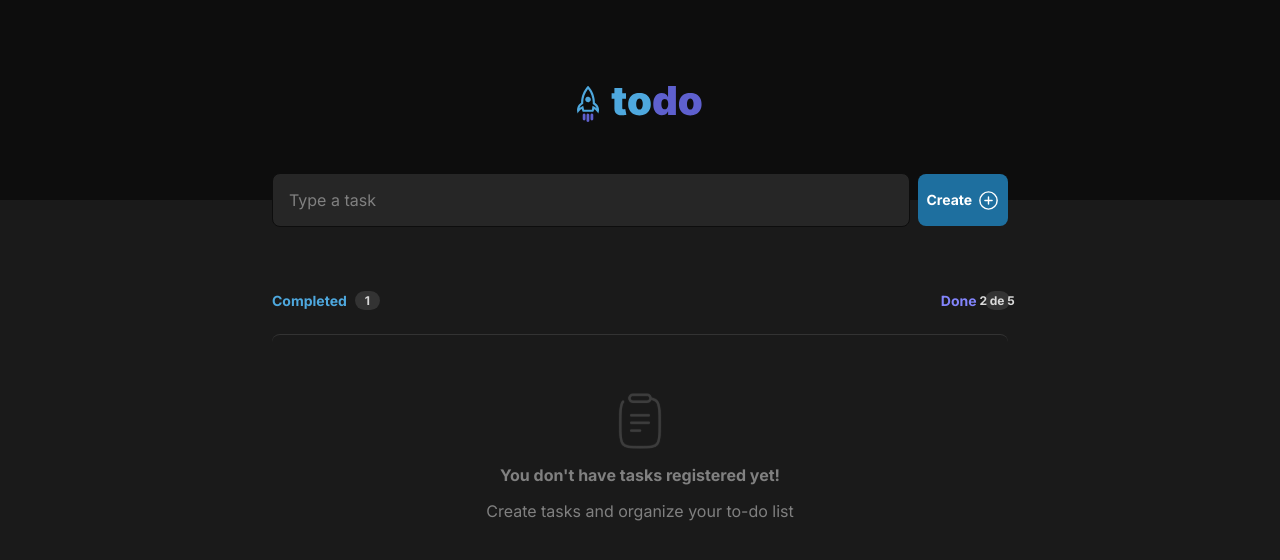
Repository: JoseGu1llardi/to-do-list-D01
Page: /
An editor plug-in stored every save of this project. The page is shown before and after the next save, followed by the edit.
The browser window is 1280 px wide. The pictures show the whole page.
The project was rebuilt for these pictures with package versions that can differ from the ones it lists, and the page was loaded fresh each time. Also part of the build but not shown: vite.config.ts.

Above is the page before, as saved 2023-03-11 20:31:57.

### index.html
<!DOCTYPE html>
<html lang="en">
  <head>
    <meta charset="UTF-8" />

    <link rel="preconnect" href="https://fonts.googleapis.com" />
    <link rel="preconnect" href="https://fonts.gstatic.com" crossorigin />

    <link
      href="https://fonts.googleapis.com/css2?family=Inter:wght@400;700&display=swap"
      rel="stylesheet"
    />

    <link rel="icon" type="image/svg+xml" href="/vite.svg" />
    <meta name="viewport" content="width=device-width, initial-scale=1.0" />
    <title>Vite + React + TS</title>
  </head>
  <body>
    <div id="root"></div>
    <script type="module" src="/src/main.tsx"></script>
  </body>
</html>

### src/App.tsx
import { Header } from "./components/Header"

import styles from './App.module.css';

import "./global.css"
import { Input } from "./components/Input";
import { Button } from "./components/Button";
import { Tasks } from "./components/Tasks";

function App() {
  return (
    <>
      <Header />

      <div className={styles.newTaskContainer}>
        <Input />
        <Button />
      </div>

      <div className={styles.tasksContainer}>
        <Tasks />
      </div>
    </>
  )
}

export default App

### src/components/Header/index.tsx
import Logo from '../../assets/Logo (1).svg'

import styles from './styles.module.css';

export function Header() {
    return (
        <header className={styles.container}>
            <img src={Logo} />
        </header>
    )
}

### src/App.module.css
.newTaskContainer {
  display: flex;
  flex-direction: row;
  align-items: center;
  padding: 0px;
  gap: 8px;

  position: absolute;
  width: 46rem;
  height: 3.375rem;
  left: calc(50% - 736px / 2);
  top: 10.8125rem;
}

.tasksContainer {
  display: flex;
  flex-direction: column;
  align-items: flex-start;
  padding: 0px;
  gap: 24px;

  position: absolute;
  width: 736px;
  height: 287px;
  left: calc(50% - 736px / 2);
  top: 291px;
}

### src/global.css
:root {
  // Base
  --gray-100: #f2f2f2;
  --gray-200: #d9d9d9;
  --gray-300: #808080;
  --gray-400: #333333;
  --gray-500: #262626;
  --gray-600: #1a1a1a;
  --gray-700: #0d0d0d;

  --danger: #e25858;

  // Product
  --purple: #8284fa;
  --dark-purple: #5e60ce;
  --blue: #4ea8de;
  --dark-blue: #1e6f9f;
}

:focus {
  outline: transparent;
  box-shadow: 0 0 0 2px var(--dark-purple);
}

* {
  margin: 0;
  padding: 0;
  box-sizing: border-box;
}

body {
  color: #fff;
  background: var(--gray-600);

  width: 100%;
  height: 100%;
  max-height: 1024px;
  position: relative;
}

body,
input,
textarea,
button {
  font-family: "Inter", sans-serif;
  font-weight: 400;
  font-size: 1rem;
}

### src/components/Input/index.tsx
import styles from './styles.module.css';

export function Input() {
    return (
        <input
            type="text"
            className={styles.input}
            placeholder='Type a task'
        />
    )
}

### src/components/Button/index.tsx
import { PlusCircle } from '@phosphor-icons/react'

import styles from './styles.module.css';

export function Button() {
    return (
        <button className={styles.button}>
            <span>Create</span>
            <PlusCircle size={23} />
        </button>
    )
}

### src/components/Tasks/index.tsx
import Clipboard from '../../assets/Clipboard.svg';

import styles from './styles.module.css';

export function Tasks() {
    return (
        <>
            <section className={styles.info}>

                <div className={styles.created}>
                    <span>Completed</span>
                    <div className={styles.counterCreated}>
                        <p>1</p>
                    </div>
                </div>

                <div className={styles.done}>
                    <span>Done</span>
                    <div className={styles.doneCreated}>
                        <span>2 de 5</span>
                    </div>
                </div>

            </section>

            <section className={styles.tasks}>
                <img src={Clipboard} alt="" />
                <strong>You don't have tasks registered yet!</strong>
                <span>Create tasks and organize your to-do list</span>
            </section>
        </>
    )
}

### src/components/Header/styles.module.css
.container {
  position: absolute;
  height: 12.5rem;
  max-width: 100%;
  left: 0;
  right: 0;
  top: 0;

  display: flex;
  align-items: center;
  justify-content: center;

  background: var(--gray-700);
}

.container img {
  position: absolute;
  width: 7.875rem;
  height: 3rem;
}

### src/components/Input/styles.module.css
.input {
  box-sizing: border-box;

  display: flex;
  flex-direction: row;
  align-items: center;
  padding: 16px;
  gap: 8px;

  width: 638px;
  height: 54px;

  background: var(--gray-500);
  color: #fff;

  border: 1px solid var(--gray-700);
  border-radius: 8px;

  flex: none;
  order: 0;
  flex-grow: 1;
}

.input::placeholder {
  color: var(--gray-300);
}

### src/components/Button/styles.module.css
.button {
  width: 90px;
  height: 52px;

  display: flex;
  flex-direction: row;
  align-items: center;
  justify-content: center;
  gap: 16px;

  border: 0;
  border-radius: 8px;

  background: var(--dark-blue);
  color: white;

  cursor: pointer;

  transition: filter 0.2s;
}

.button span {
  width: 34px;
  height: 20px;

  font-weight: 700;
  font-size: 14px;
  line-height: 140%;

  color: var(--gray-100);

  flex: none;
  order: 0;
  flex-grow: 0;
}

.button img {
  width: 16px;
  height: 16px;

  flex: none;
  order: 1;
  flex-grow: 0;
}

.button:hover {
  background: var(--blue);
  filter: brightness(0.8);
}

### src/components/Tasks/styles.module.css
.info {
  display: flex;
  flex-direction: row;
  justify-content: space-between;
  align-items: flex-end;
  padding: 0px;
  gap: 561px;

  width: 736px;
  height: 19px;

  flex: none;
  order: 0;
  align-self: stretch;
  flex-grow: 0;
}

.created {
  display: flex;
  flex-direction: row;
  align-items: center;
  padding: 0px;
  gap: 8px;

  width: 139px;
  height: 19px;

  order: 0;
  flex-grow: 0;
}

.created span {
  font-family: "Inter";
  font-style: normal;
  font-weight: 700;
  font-size: 14px;
  line-height: 17px;

  color: var(--blue);

  flex: none;
  order: 0;
  flex-grow: 0;
}

.counterCreated {
  display: flex;
  flex-direction: row;
  justify-content: center;
  align-items: center;
  padding: 2px 8px;
  gap: 10px;
  margin: 0 auto;

  width: 25px;
  height: 19px;

  background: #333333;
  border-radius: 999px;

  order: 1;
  flex-grow: 0;
}

.counterCreated p {
  display: flex;
  flex-direction: row;
  font-style: normal;
  font-weight: 700;
  font-size: 12px;
  line-height: 15px;

  color: var(--gray-200);
}

.done {
  display: flex;
  box-sizing: border-box;
  flex-direction: row;
  align-items: center;
  padding: 0px;
  gap: 8px;

  width: 111px;
  height: 19px;

  order: 1;
  flex-grow: 0;
}

.done span {
  font-family: "Inter";
  font-style: normal;
  font-weight: 700;
  font-size: 14px;
  line-height: 17px;

  color: #8284fa;

  flex: none;
  order: 0;
  flex-grow: 0;
}

.doneCreated {
  display: flex;
  flex-direction: row;
  justify-content: center;
  box-sizing: border-box;
  align-items: center;
  padding: 2px 8px;
  gap: 10px;
  margin: 0 auto;

  width: 25px;
  height: 19px;

  background: #333333;
  border-radius: 999px;

  order: 1;
  flex-grow: 0;
}

.doneCreated span {
  display: flex;
  flex-direction: row;
  font-style: normal;
  font-weight: 700;
  font-size: 12px;
  line-height: 15px;

  color: var(--gray-200);
}

.tasks {
  box-sizing: border-box;

  display: flex;
  flex-direction: column;
  justify-content: center;
  align-items: center;
  padding: 64px 24px;
  gap: 16px;

  width: 736px;
  height: 244px;

  border-top: 1px solid #333333;
  border-radius: 8px;

  flex: none;
  order: 1;
  align-self: stretch;
  flex-grow: 0;
}

.tasks img {
  width: 56px;
  height: 56px;

  flex: none;
  order: 0;
  flex-grow: 0;
}

.tasks strong {
  display: block;
  font-style: normal;
  font-weight: 700;
  font-size: 16px;

  text-align: center;

  color: var(--gray-300);

  flex: none;
  align-self: stretch;
  flex-grow: 0;
}

.tasks span {
  font-style: normal;
  font-weight: 300;
  font-size: 16px;

  color: var(--gray-300);
}

Loaded but not shown: src/main.tsx (common file)

After the next save:
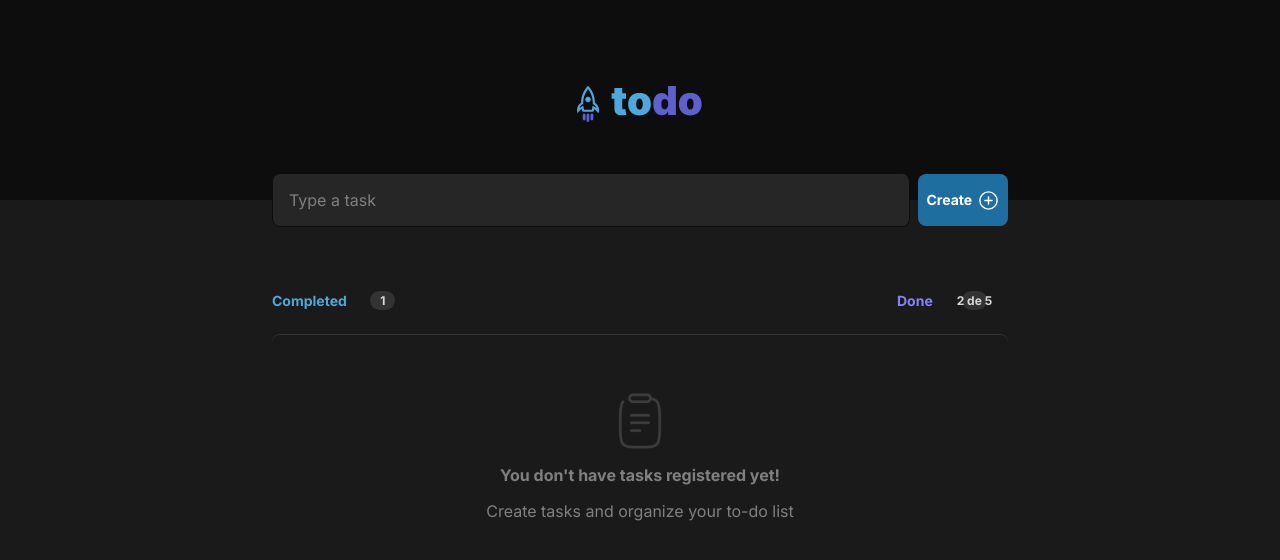
Saved 3 min 27 s later.
--- a/src/components/Tasks/styles.module.css
+++ b/src/components/Tasks/styles.module.css
@@ -4,7 +4,6 @@
   justify-content: space-between;
   align-items: flex-end;
   padding: 0px;
-  gap: 561px;
 
   width: 736px;
   height: 19px;
